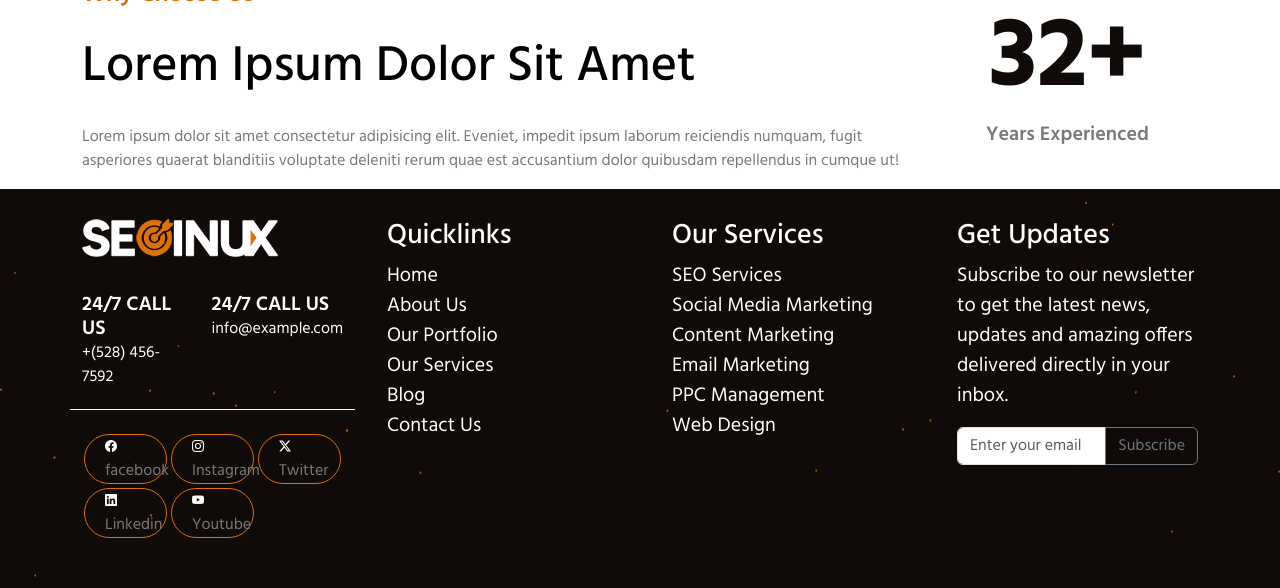
Repository: tagnam/seoinox
Page: about.html
An editor plug-in stored every save of this project. The page is shown before and after a run of saves, followed by the edit.
The browser window is 1280 px wide. The pictures show the part of the page from y = 3019 to 3631 px (the page is 3607 px tall before and 3631 px after).
A picture or video elsewhere on the page could not be fetched, so the positions and the page height are approximate. Backgrounds fixed to the window are drawn as part of the page.

Above is the page before, as saved 2025-02-26 11:09:25.

### about.html
<!DOCTYPE html>
<html lang="en">
<head>
    <meta charset="UTF-8">
    <meta name="viewport" content="width=device-width, initial-scale=1.0">
    <title>SEOINOX</title>
    <link href="https://cdn.jsdelivr.net/npm/bootstrap@5.3.3/dist/css/bootstrap.min.css" rel="stylesheet" integrity="sha384-QWTKZyjpPEjISv5WaRU9OFeRpok6YctnYmDr5pNlyT2bRjXh0JMhjY6hW+ALEwIH" crossorigin="anonymous">
    <link rel="stylesheet" href="style/css/style.css">
    <link rel="stylesheet" href="style/css/responsive.css">
    <link rel="stylesheet" href="style/css/animation.css">
</head>


<body>
  <header>
    <nav class="navbar navbar-expand-lg ">
        <div class="container-fluid">
          <a class="navbar-brand" href="#"><img src="images/main-logo-sec.png" width="100%" alt=""></a>
          <button class="navbar-toggler" type="button" data-bs-toggle="collapse" data-bs-target="#navbarSupportedContent" aria-controls="navbarSupportedContent" aria-expanded="false" aria-label="Toggle navigation">
            <span class="navbar-toggler-icon"></span>
          </button>
          <div class="collapse navbar-collapse custom-navbar-collapse" id="navbarSupportedContent">
            <ul class="navbar-nav custom-navbar-nav">
              <li class="nav-item">
                <a class="nav-link active" aria-current="page" href="/">Home</a>
              </li>
              <li class="nav-item">
                <a class="nav-link" href="about.html">About US</a>
              </li>
              <li class="nav-item">
                <a class="nav-link" href="portfolio.html">Our Portfolio</a>
              </li>
              <li class="nav-item">
                <a class="nav-link" href="service.html">Our Services</a>
              </li>
              <li class="nav-item">
                <a class="nav-link" href="blog.html">Blog</a>
              </li>
              <li class="nav-item">
                <a class="nav-link" href="contact.html">Contact Us</a>
              </li>
            </ul>
            <div class="d-flex" role="search">
                    <div class="menu-icon">
                        <div class="menu-icon-item"> </div>
                        <div class="menu-icon-item"></div>
                        <div class="menu-icon-item"></div>
                    </div>
            </div>
          </div>
        </div>
      </nav>
  </header>


<!--====================================== start hero section  ============================-->
 <section class="inner-page-hero-section">
    <div class="container">
        <div class="row">
                <div class="col-lg-12" style="z-index: 10;">
                    <div class="page-title">
                        <h2> About Us</h2>
                    </div>
                </div>
        </div>
    </div>
    <div class="overlay"></div>
 </section>

<!--====================================== end hero section  ============================-->

  <!--====================================== start about section  ============================-->
  <section class="about-section">
    <div class="container">
      <div class="row">
        <div class="col-lg-6" style="height: 800px;">
          <div class="about-img-container">
            <img src="images/about-image.png" alt="">
          </div>
        </div>
        <div class="col-lg-6">

          <div class="about-content-container">
            <div class="about-content">
              <h2 class="about-main-heading" style="text-align: start;">About Us</h2>
              <p class="about-sub-heading" style="text-align: start ; line-height: 80px;">Lorem ipsum dolor sit amet</p>
          </div>
          <p>At the core of our journey lies a commitment to driving growth fueled by a combination of expertise and passion. We believe growth is not just about numbers—it's about creating meaningful impact, fostering innovation, and building relationships that last. Our team brings a wealth of knowledge, experience, and dedication to every project.</p>
          <div class="about-card card">
            <div class="row g-4">
              <div class="col" style="background-color: #F7F7F7; border-radius: 15px;  ">
                <div class="card-body mission-vission">
                  <h5 class="card-title">Our Mission</h5>
                  <p class="card-text">Lorem ipsum dolor sit amet, consectetur adipiscing elit. </p>
                </div>
              </div>
              <div class="col" >
                <div class="card-body mission-vission">
                  <h5 class="card-title">Our Vision</h5>
                  <p class="card-text">Lorem ipsum dolor sit amet, consectetur adipiscing elit. </p>
                </div>
              </div>
            </div>
          </div>
        </div>
        </div>
      </div>
    </div>
  </section>

    <!--====================================== end about section  ============================-->
    <div class="clearfix"></div>


    <!--====================================== start choice  section  ============================-->

<section class="ab-page-choice-section">
<div class="container">
  <div class="row">
    <div class="col-lg-6" style="padding: 0px 50px;">
      <div class="about-content" >
        <h2 class="about-main-heading" style="text-align: start;">About Us</h2>
        <p class="about-sub-heading" style="text-align: start ; line-height: 80px; color: #fff;">Lorem ipsum dolor sit amet</p>
        <p style="text-align: start; color: #F7F7F7;">At the core of our journey lies a commitment to driving growth fueled by a combination of expertise and passion. We believe growth is not just about numbers—it's about creating meaningful impact, fostering innovation, and building relationships that last. Our team brings a wealth of knowledge, experience, and dedication to every project.</p>

    </div>
    </div>
    <div class="col-lg-6" style="padding: 0px 50px;">
      <div class="row row-cols-1 row-cols-md-2 g-4">
        <div class="col">
            <div class="card-body" style="color: #fff;">
              <h5 class="card-title choice-num">60<span>M</span></h5>
              <p class="card-text">Lorem ipsum dolor sit amet, consectetur adipiscing elit. </p>
          </div>
        </div>
        <div class="col">
          <div class="card-body" style="color: #fff;">
            <h5 class="card-title choice-num">80<span>%</span></h5>
            <p class="card-text">Lorem ipsum dolor sit amet, consectetur adipiscing elit. </p>
        </div>
        </div>
        <div class="col">
          <div class="card-body" style="color: #fff;">
            <h5 class="card-title choice-num">95<span>%</span> </h5>
            <p class="card-text">Lorem ipsum dolor sit amet, consectetur adipiscing elit. </p>
        </div>
        </div>
        <div class="col">
          <div class="card-body" style="color: #fff;">
            <h5 class="card-title choice-num">75<span>K</span> </h5>
            <p class="card-text">Lorem ipsum dolor sit amet, consectetur adipiscing elit. </p>
        </div>
        </div>
      </div>
    </div>
  </div>
</div>

</section>

        <!--====================================== end choice section  ============================-->

  <!--====================================== start choose section  ============================-->


  <section class="choose-section">
    <div class="container">
      <div class="row">
          <div class="col-lg-6 d-flex align-items-center">
              <div class="about-content">
                  <h2 class="about-main-heading" style="text-align: start;">Why Choose Us</h2>
                  <p class="about-sub-heading" style="text-align: start; font-size: 50px;">Lorem ipsum dolor sit amet</p>
                  <p  style="text-align: start;">Lorem ipsum dolor sit amet consectetur adipisicing elit. Eveniet, impedit ipsum laborum reiciendis numquam, fugit asperiores quaerat blanditiis voluptate deleniti rerum quae est accusantium dolor quibusdam repellendus in cumque ut!</p>

              </div>
          </div>
          <div class="col-lg-6">
            <div class="chooise-card-container">
              <div class="card chooise-card mb-5" >
                <div class="row g-0">
                  <div class="col-md-3">
                    <div class="choice-img-container">
                      <img src="images/step1.png" class="img-fluid" alt="...">
                    </div>
                  </div>
                  <div class="col-md-9">
                    <div class="card-body">
                      <h5 class="card-title choice-title">Card title</h5>
                      <p class="card-text">This is a wider card with supporting text below as a natural lead-in to additional content. This content is a little bit longer.</p>
                    </div>
                  </div>
                </div>
              </div>
              <div class="card chooise-card mb-5" >
                <div class="row g-0">
                  <div class="col-md-3">
                    <div class="choice-img-container">
                      <img src="images/step1.png" class="img-fluid" alt="...">
                    </div>
                  </div>
                  <div class="col-md-9">
                    <div class="card-body">
                      <h5 class="card-title choice-title">Card title</h5>
                      <p class="card-text">This is a wider card with supporting text below as a natural lead-in to additional content. This content is a little bit longer.</p>
                    </div>
                  </div>
                </div>
              </div>
              <div class="card chooise-card mb-5" >
                <div class="row g-0">
                  <div class="col-md-3">
                    <div class="choice-img-container">
                      <img src="images/step1.png" class="img-fluid" alt="...">
                    </div>
                  </div>
                  <div class="col-md-9">
                    <div class="card-body">
                      <h5 class="card-title choice-title">Card title</h5>
                      <p class="card-text">This is a wider card with supporting text below as a natural lead-in to additional content. This content is a little bit longer.</p>
                    </div>
                  </div>
                </div>
              </div>
              <div class="card chooise-card mb-5" >
                <div class="row g-0">
                  <div class="col-md-3">
                    <div class="choice-img-container">
                      <img src="images/step1.png" class="img-fluid" alt="...">
                    </div>
                  </div>
                  <div class="col-md-9">
                    <div class="card-body">
                      <h5 class="card-title choice-title">Card title</h5>
                      <p class="card-text">This is a wider card with supporting text below as a natural lead-in to additional content. This content is a little bit longer.</p>
                    </div>
                  </div>
                </div>
              </div>
            </div>
          </div>
      </div>
  </div>
</section>

  <!--====================================== end choose section  ============================-->
  <div class="clearfix"></div>

  <!--====================================== start team section  ============================-->

  <section>
    <div class="container">
      <div class="row">
        <div class="col-lg-9">
          <div class="about-content">
            <h2 class="about-main-heading" style="text-align: start;">Why Choose Us</h2>
            <p class="about-sub-heading" style="text-align: start; font-size: 50px;">Lorem ipsum dolor sit amet</p>
            <p  style="text-align: start;">Lorem ipsum dolor sit amet consectetur adipisicing elit. Eveniet, impedit ipsum laborum reiciendis numquam, fugit asperiores quaerat blanditiis voluptate deleniti rerum quae est accusantium dolor quibusdam repellendus in cumque ut!</p>

        </div>
        </div>
        <div class="col-lg-3">
          <div class="card-body">
            <h5 class="card-title exp-title">32+</h5>
            <p class="card-text " style="text-align: center; font-size: 20px; font-weight: 600;">Years Experienced</p>
          </div>
        </div>
      </div>
    </div>

    <div class="container">
      <div class="row">
        <div class="col-lg-9">

        </div>
        <div class="col-lg-3">

        </div>
      </div>
    </div>
  </section>
  <!--====================================== end team section  ============================-->











<footer>
  <div class="container">
    <div class="row">
      <div class="col">
        <figure>
          <img src="images/main-logo.png" alt="" style="width: 75%;">
        </figure>
        <div class="row" style="padding: 20px 0px; border-bottom: 1px solid #fff;">
          <div class="col">
            <h4 class="footer-heading">24/7 CALL US</h4>
            <a href="" class="footer-link">+(528) 456-7592</a>
          </div>
          <div class="col">
            <h4 class="footer-heading">24/7 CALL US</h4>
            <a href="" class="footer-link">info@example.com</a>
          </div>
        </div>
        <div class="social-container row-cols-md-3  row g-1">
          <div class="col">
            <div class="social-icon"> <span><i class="bi bi-facebook"></i></span> facebook </div>
          </div>
          <div class="col">
            <div class="social-icon"> <span><i class="bi bi-instagram"></i></span> Instagram </div>
          </div>
          <div class="col">
            <div class="social-icon"> <span><i class="bi bi-twitter-x"></i></span> Twitter </div>
          </div>
          <div class="col">
            <div class="social-icon"> <span><i class="bi bi-linkedin"></i></span> Linkedin</div>
          </div>
          <div class="col">
            <div class="social-icon"> <span><i class="bi bi-youtube"></i></span> Youtube</div>
          </div>
        </div>
      </div>
      <div class="col">
          <div class="footer-content-heading">
              <h3><i class="ri-circle-fill"></i> Quicklinks</h3>
              <ul class="footer-list">
                <li><i class="ri-arrow-right-double-line"></i> <a class="footer-link" href="">Home</a></li>
                <li><i class="ri-arrow-right-double-line"></i> <a class="footer-link" href="">About Us</a></li>
                <li><i class="ri-arrow-right-double-line"></i> <a class="footer-link" href="">Our Portfolio</a></li>
                <li><i class="ri-arrow-right-double-line"></i> <a class="footer-link" href="">Our Services</a></li>
                <li><i class="ri-arrow-right-double-line"></i> <a class="footer-link" href="">Blog</a></li>
                <li><i class="ri-arrow-right-double-line"></i> <a class="footer-link" href="">Contact Us</a></li>
          </div>
      </div>
      <div class="col">
        <div class="footer-content-heading">
          <h3><i class="ri-circle-fill"></i> Our Services</h3>
            <ul class="footer-list">
              <li><i class="ri-arrow-right-double-line"></i> <a class="footer-link" href="">SEO Services</a></li>
              <li><i class="ri-arrow-right-double-line"></i> <a class="footer-link" href="">Social Media Marketing</a></li>
              <li><i class="ri-arrow-right-double-line"></i> <a class="footer-link" href="">Content Marketing</a></li>
              <li><i class="ri-arrow-right-double-line"></i> <a class="footer-link" href="">Email Marketing</a></li>
              <li><i class="ri-arrow-right-double-line"></i> <a class="footer-link" href="">PPC Management</a></li>
              <li><i class="ri-arrow-right-double-line"></i> <a class="footer-link" href="">Web Design</a></li>
            </ul>
      </div>
      </div>
      <div class="col">
        <div class="footer-content-heading">
          <h3><i class="ri-circle-fill"></i> Get Updates</h3>
          <p>Subscribe to our newsletter to get the latest news, updates and amazing offers delivered directly in your inbox.</p>
          <form action="">
            <div class="input-group mb-3">
              <input type="text" class="form-control" placeholder="Enter your email" aria-label="Recipient's username" aria-describedby="button-addon2">
              <button class="btn btn-outline-secondary" type="button" id="button-addon2">Subscribe</button>
            </div>
          </form>

      </div>
      </div>
    </div>
  </div>
</footer>
<script src="https://cdn.jsdelivr.net/npm/bootstrap@5.3.3/dist/js/bootstrap.bundle.min.js" integrity="sha384-YvpcrYf0tY3lHB60NNkmXc5s9fDVZLESaAA55NDzOxhy9GkcIdslK1eN7N6jIeHz" crossorigin="anonymous"></script>
<script src="https://unpkg.com/@studio-freight/lenis@1.0.42/dist/lenis.min.js"></script>

<script src="style/js/custom.js"></script>
</body>
</html>

Loaded but not shown: style/js/custom.js (12 lines, source omitted); style/css/style.css (603 lines, source omitted); style/css/responsive.css (no stored copy; drawn as an empty file); style/css/animation.css (no stored copy; drawn as an empty file)

After the next 3 saves:
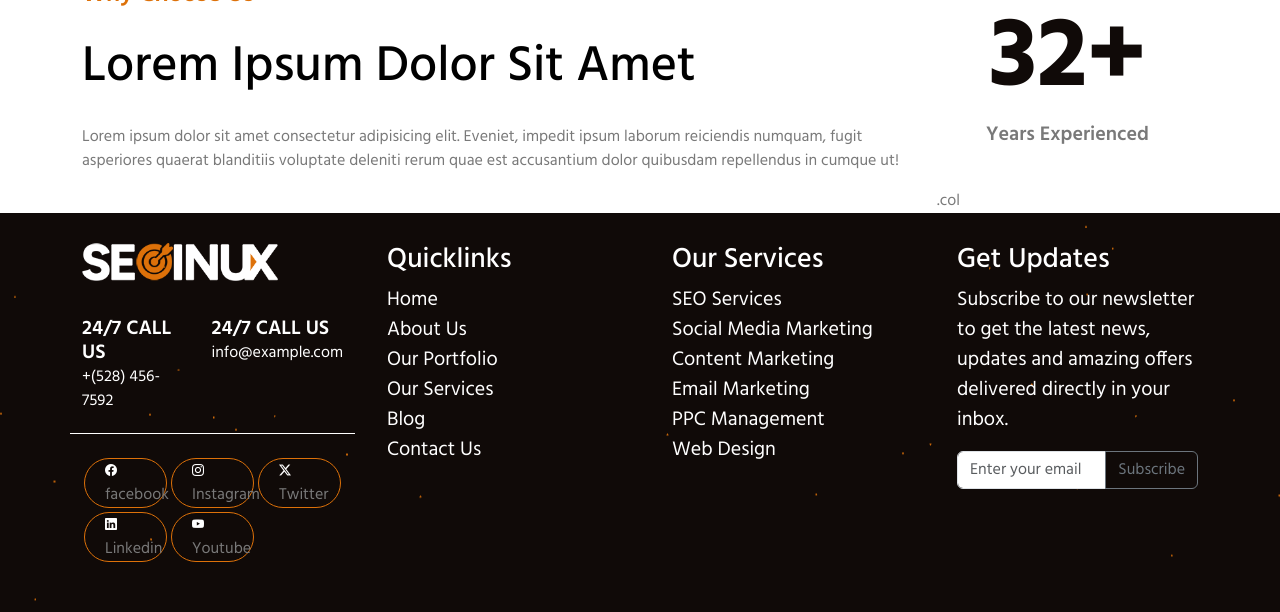
The 3 saves are shown as one change because they came seconds apart.
The last was saved 35 s later.
--- a/about.html
+++ b/about.html
@@ -273,7 +273,7 @@
 
         </div>
         <div class="col-lg-3">
-
+          .col
         </div>
       </div>
     </div>
